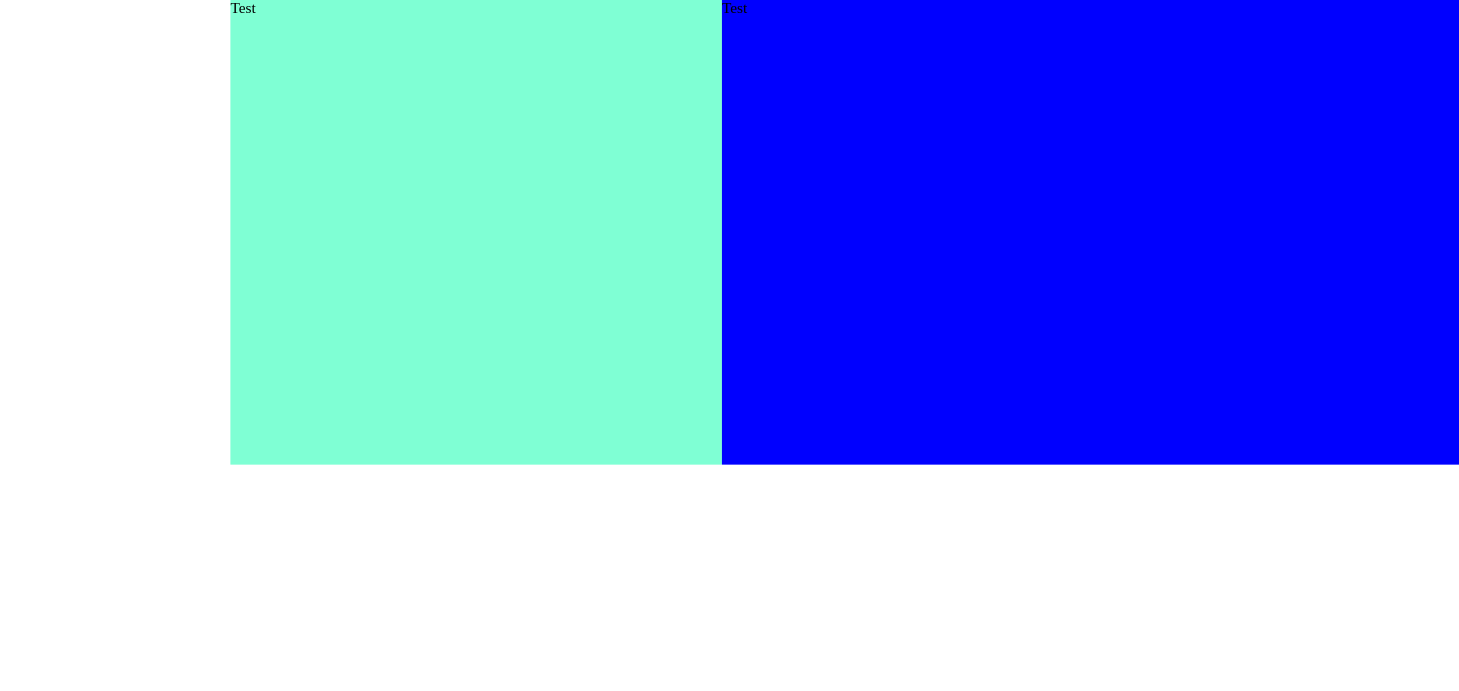
Repository: RugileG/registracijos-forma
Page: index.html
An editor plug-in stored every save of this project. The page is shown before and after a run of saves, followed by the edit.
The browser window is 1280 px wide. The page is 1520 px wide, so the pictures cover 1520 px, including what lies to the right of the window. The pictures show the whole page, at 96% of full size.

Above is the page before, as saved 2021-05-17 11:31:46.

### index.html
<!DOCTYPE html>
<html lang="en">
<head>
    <meta charset="UTF-8">
    <meta http-equiv="X-UA-Compatible" content="IE=edge">
    <meta name="viewport" content="width=device-width, initial-scale=1.0">
    <title>Registracija</title>
    <style>

        html {
            height: 100%;
        }

        body {
            max-width: 800px;
            min-height: 100%;
            margin: 0 auto;
        }

        .container {
            width: 100%;
            position: absolute;
        }

        .left-column, .right-column {
            float:left;
            height: 484px;
        }

        .left-column {
            width: 40%;
            background-color: aquamarine;
        }

        .right-column {
            width: 60%;
            background-color: blue;
        }


    </style>
</head>
<body>
    <div class='container'>
        <div class='left-column'>Test</div>
        <div class='right-column'>Test</div>
    </div>
</body>
</html>

After the next 5 saves:
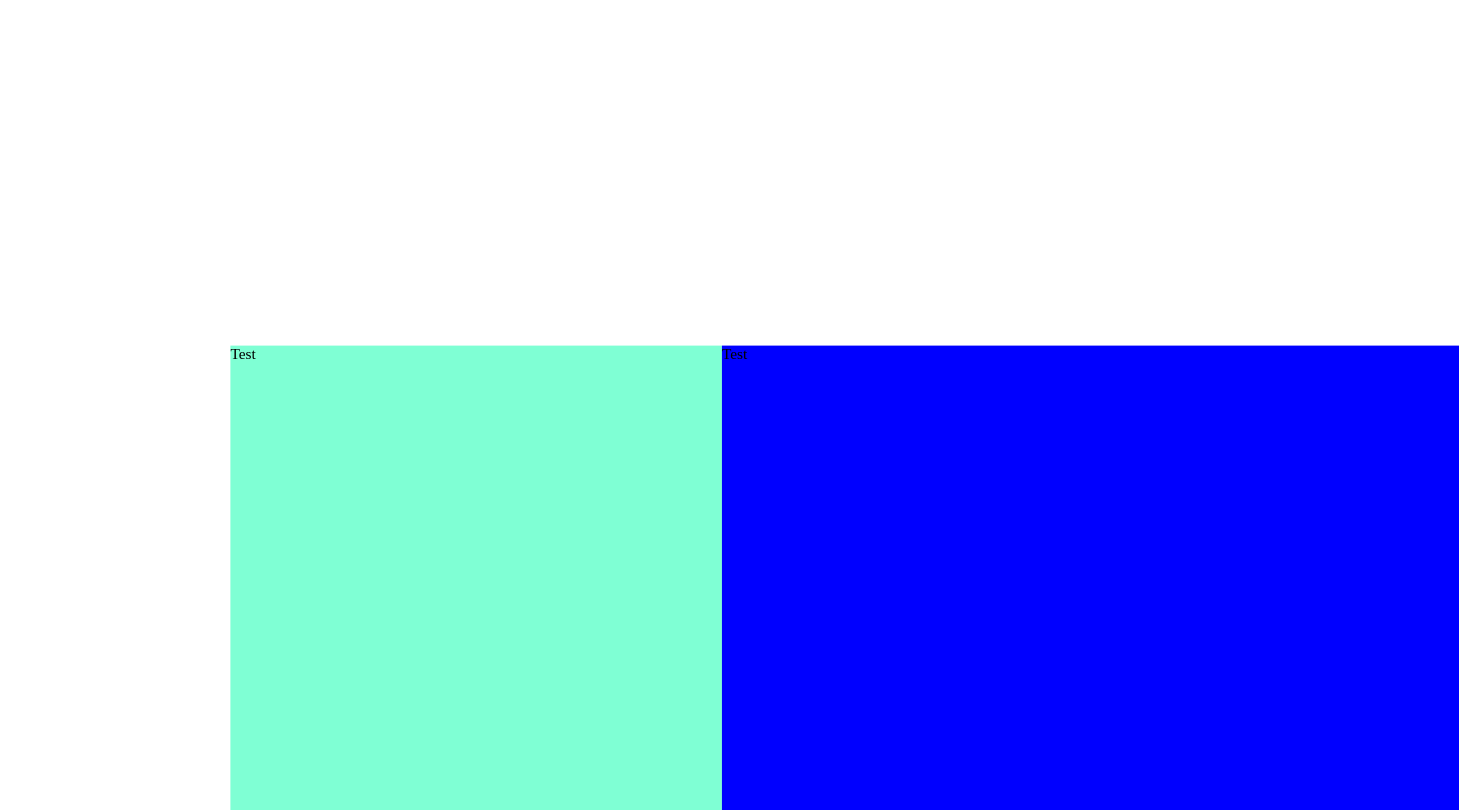
The 5 saves are shown as one change because they came seconds apart.
The last was saved 19 s later.
--- a/index.html
+++ b/index.html
@@ -20,6 +20,8 @@
         .container {
             width: 100%;
             position: absolute;
+            top: 50%;
+            transform:
         }
 
         .left-column, .right-column {
